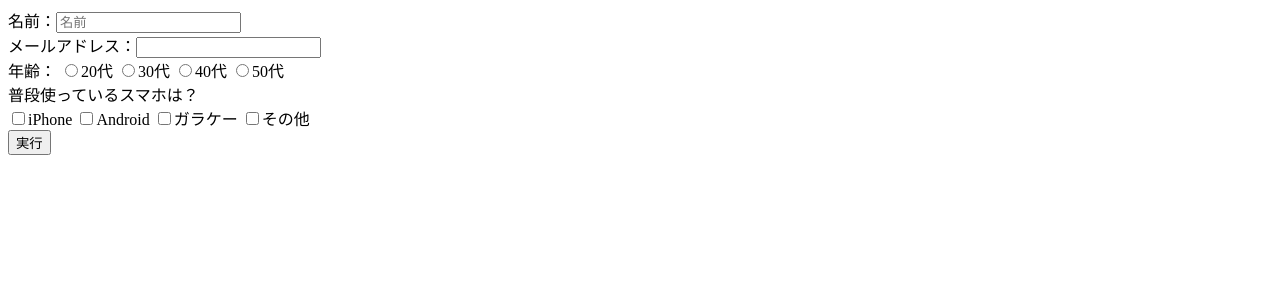
Repository: picalin/samurai_typing-game
Page: JavaScript_tutorial/Practice.html
The author's editor kept a record of every edit. The page is drawn from the files as they stood at one moment, then again after the next edit.
The browser window is 1280 px wide. The pictures show the whole page.

Above is the page before.

After the next edit:
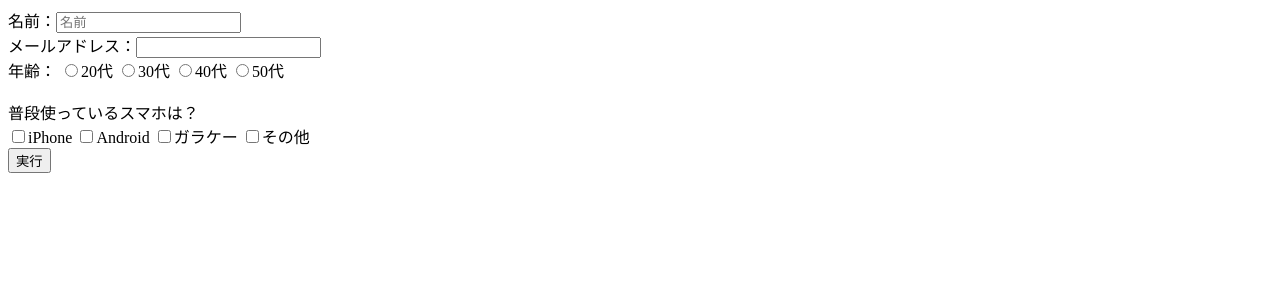
The edit:
--- a/JavaScript_tutorial/Practice.html
+++ b/JavaScript_tutorial/Practice.html
@@ -14,7 +14,7 @@
         <input type="radio" name="age" value="30" />30代
         <input type="radio" name="age" value="40" />40代
         <input type="radio" name="age" value="50" />50代
-      <br/>
+      <br/><br/>
       <label>普段使っているスマホは？</label><br/>
         <input type="checkbox" name="phone" value="iphone" />iPhone
         <input type="checkbox" name="phone" value="android" />Android
